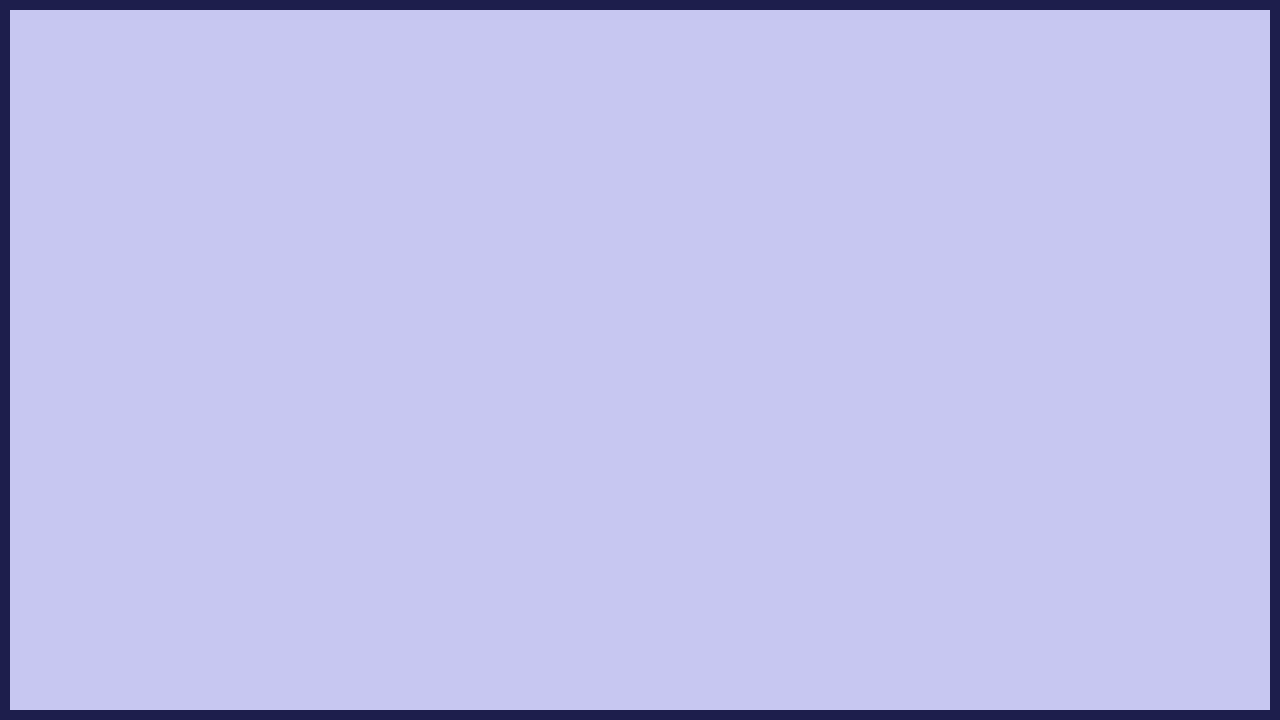
Repository: Mohitkumar1322/FrontendPracticee
Page: abdulkalam/index.html
The author's editor kept a copy of each file at every save. The page is drawn from the files as they stood at one save, then again after a run of saves.
The browser window is 1280 px wide. The pictures show the whole page.

Above is the page before, as saved 2025-07-02 21:45:00.

### abdulkalam/index.html
<!DOCTYPE html>
<html lang="en">
<head>
    <meta charset="UTF-8">
    <meta name="viewport" content="width=device-width, initial-scale=1.0">
    <title>The Tribute Website</title>
    <link rel="stylesheet" href="style.css">
</head>
<body>
    <div class="container">
        <div class="content">
            <section></section>
        </div>
    </div>


</body>
</html>

### abdulkalam/style.css
*{
    padding:0;
    margin:0;
    box-sizing: border-box;

}


.container{
    background-color: #c7c7f1;
    min-height: 100vh;
    border:10px solid #1d1e4c;

}
.content{
    max-width: 900px;
    margin: 0 auto
}

After the next 6 saves:
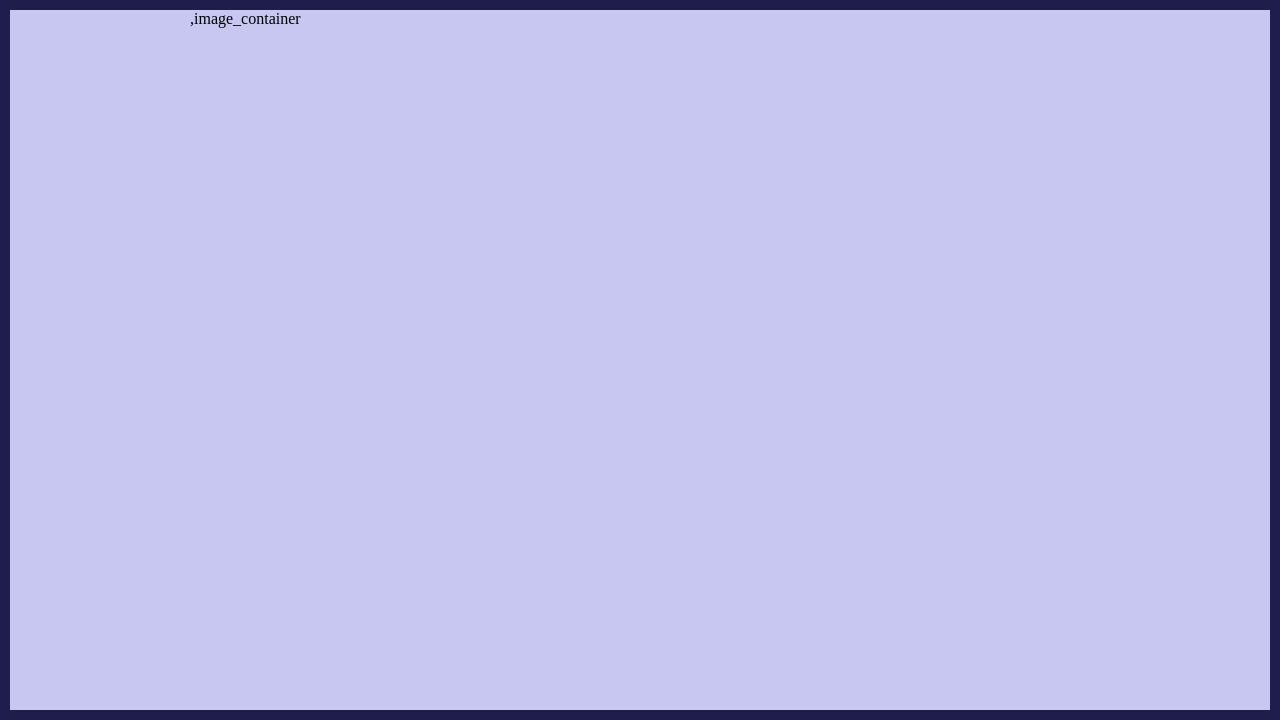
The 6 saves are shown as one change because they came seconds apart.
The last was saved 16 s later.
--- a/abdulkalam/index.html
+++ b/abdulkalam/index.html
@@ -9,7 +9,10 @@
 <body>
     <div class="container">
         <div class="content">
-            <section></section>
+            <section class="top_section">
+                ,image_container
+
+            </section>
         </div>
     </div>
 

After the 2 saves that followed:
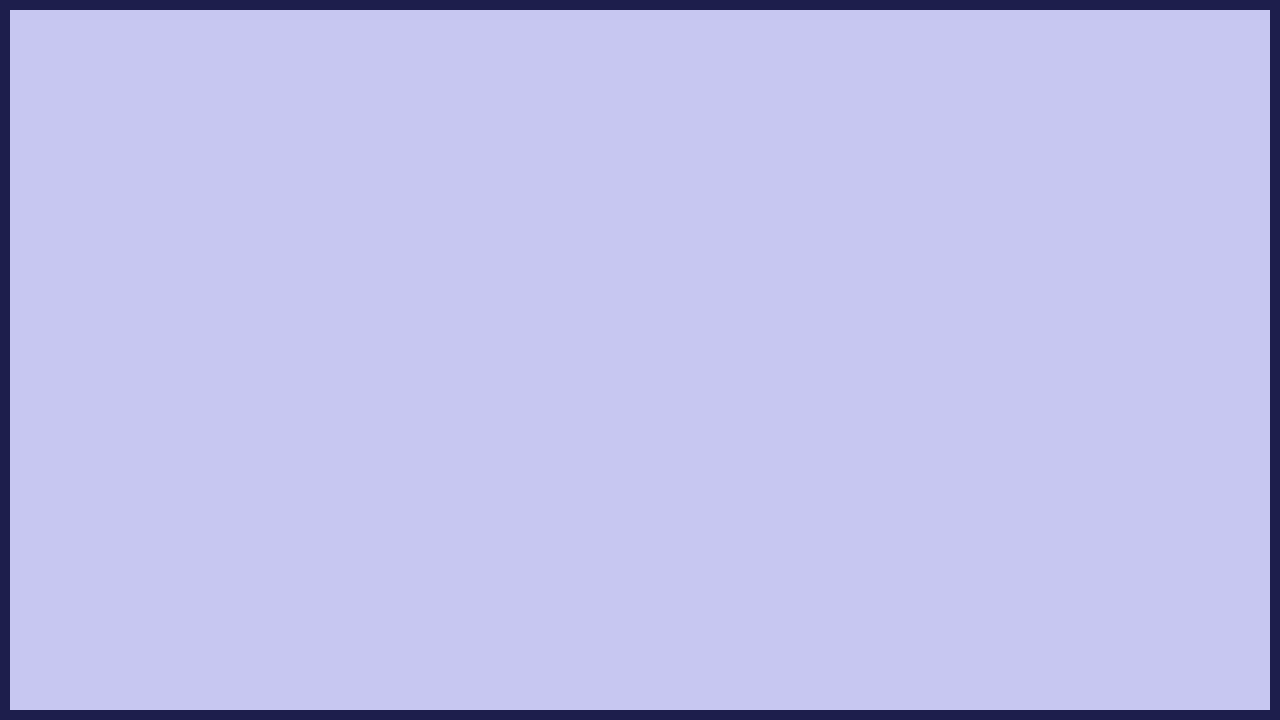
The 2 saves are shown as one change because they came seconds apart.
The last was saved 7 s later.
--- a/abdulkalam/index.html
+++ b/abdulkalam/index.html
@@ -10,7 +10,7 @@
     <div class="container">
         <div class="content">
             <section class="top_section">
-                ,image_container
+                <div class="image_container"></div>
 
             </section>
         </div>
